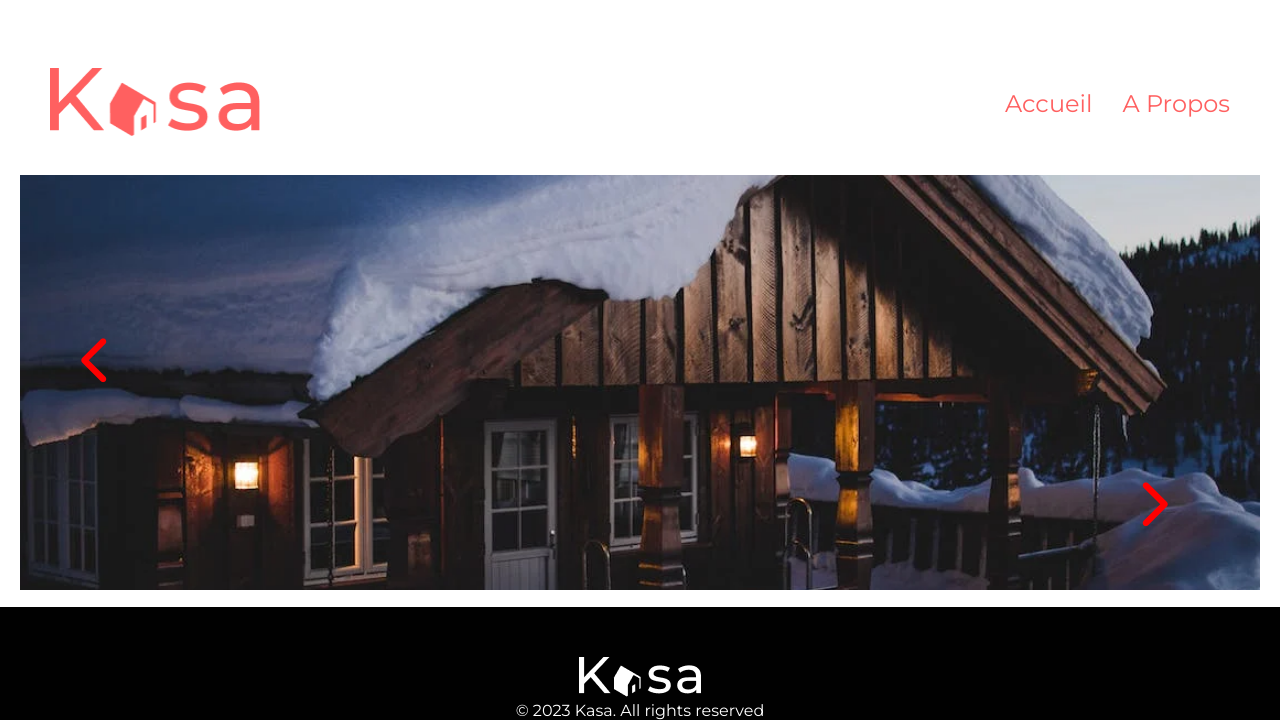
Repository: Ascaris29/Kasa_oc
Page: /essai (app in kasa_project/)
The author's editor kept a copy of each file at every save. The page is drawn from the files as they stood at one save, then again after the next save.
The browser window is 1280 px wide. The pictures show the whole page.
Some web libraries are served in a nearby version. The project was rebuilt for these pictures with package versions that can differ from the ones it lists, and the page was loaded fresh each time. Also part of the build but not shown: kasa_project/src/pages/homepage/Homepage.module.scss, kasa_project/src/pages/homepage/components/CardLogement.module.scss, kasa_project/src/pages/homepage/components/CardLogement.js, kasa_project/src/pages/homepage/Homepage.js, kasa_project/src/pages/404/404.module.scss, kasa_project/src/pages/404/404.js, kasa_project/src/pages/a_propos/APropos.module.scss, kasa_project/src/pages/a_propos/components/CardDescription.module.scss and 6 more.

Above is the page before, as saved 2023-03-16 16:07:24.

### kasa_project/public/index.html
<!DOCTYPE html>
<html lang="fr">
  <head>
    <meta charset="utf-8" />
    <link rel="icon" href="%PUBLIC_URL%/favicon.ico" />
    <meta name="viewport" content="width=device-width, initial-scale=1" />
    <meta name="theme-color" content="#000000" />
    <meta
      name="description"
      content="Web site created using create-react-app"
    />
    <link rel="apple-touch-icon" href="%PUBLIC_URL%/logo192.png" />
    <!--
      manifest.json provides metadata used when your web app is installed on a
      user's mobile device or desktop. See https://developers.google.com/web/fundamentals/web-app-manifest/
    -->

    <!----------------------------------------------------------- Fonts ----------------------------------------------------------------------->
    <link rel="preconnect" href="https://fonts.googleapis.com">
    <link rel="preconnect" href="https://fonts.gstatic.com" crossorigin>
    <link href="https://fonts.googleapis.com/css2?family=Montserrat:wght@400;500;600&family=Roboto&display=swap" rel="stylesheet">
    <!----------------------------------------------------------- Icons ----------------------------------------------------------------------->
    <script src="https://kit.fontawesome.com/e65359aae8.js" crossorigin="anonymous"></script>
    <!--
      Notice the use of %PUBLIC_URL% in the tags above.
      It will be replaced with the URL of the `public` folder during the build.
      Only files inside the `public` folder can be referenced from the HTML.

      Unlike "/favicon.ico" or "favicon.ico", "%PUBLIC_URL%/favicon.ico" will
      work correctly both with client-side routing and a non-root public URL.
      Learn how to configure a non-root public URL by running `npm run build`.
    -->
    <title>Kasa</title>
  </head>
  <body>
    <noscript>You need to enable JavaScript to run this app.</noscript>
    <div id="root"></div>
    <!--
      This HTML file is a template.
      If you open it directly in the browser, you will see an empty page.

      You can add webfonts, meta tags, or analytics to this file.
      The build step will place the bundled scripts into the <body> tag.

      To begin the development, run `npm start` or `yarn start`.
      To create a production bundle, use `npm run build` or `yarn build`.
    -->
  </body>
</html>

### kasa_project/src/index.js
import React from 'react';
import ReactDOM from 'react-dom/client';
import App from './App';
import reportWebVitals from './reportWebVitals';
import './assets/styles/index.scss';
import { RouterProvider } from 'react-router-dom';
import { router } from "./router";

const root = ReactDOM.createRoot(document.getElementById('root'));
root.render(
  <React.StrictMode>
    <RouterProvider router={router} />
  </React.StrictMode>
);

// If you want to start measuring performance in your app, pass a function
// to log results (for example: reportWebVitals(console.log))
// or send to an analytics endpoint. Learn more: https://bit.ly/CRA-vitals
reportWebVitals();

### kasa_project/src/App.js
import Header from "./components/header/Header";
import Footer from "./components/footer/Footer";
import style from "./App.module.scss";
import Homepage from "./pages/homepage/Homepage";
import { Outlet } from "react-router-dom";

function App() {
  return (
      <div className={`${style.app} d-flex flex-column`}>
        <Header />
          <Outlet />
        <Footer />
      </div>
  );
}

export default App;

### kasa_project/src/assets/styles/index.scss
@use './base';
@use './flex';
@use './mixins';
@use './utils';
@use './variables';

### kasa_project/src/router.js
import { createBrowserRouter } from 'react-router-dom';
import App from './App';
import Error404 from './pages/404/404';
import APropos from './pages/a_propos/APropos';
import Homepage from './pages/homepage/Homepage';
import Caroussel from './pages/logement/components/caroussel/Caroussel';
import FicheLogement from './pages/logement/FicheLogement';


export const router = createBrowserRouter([
    {
        path : "/",
        element : <App />,
        errorElement: <Error404 />,
        children : [
            {
                path : "/",
                element : <Homepage />
            } ,
            {
                path : "/homepage",
                element : <Homepage />
            },
            {
                path: "/apropos",
                element : <APropos />
            },
            {
                path: "/logement/:id",
                element : <FicheLogement />
            },
            {
                path: "/essai",
                element: <Caroussel />
            }
        ],
    }
])

### kasa_project/src/components/header/Header.js
import image from "../../assets/images/logo_header.png";
import style from "./Header.module.scss";
import { Link, NavLink } from "react-router-dom";

export default function Header(){
    return (
        <header className={`${style.header} d-flex justify-between align-center`}>
            <Link className={`${style.headerIcon}`} to="/homepage">
                <img src={image} alt="logo du site Kasa representant une maison"/>
            </Link>
            <div className={`${style.headerNav}`}>
                <ul className="d-flex">
                    <NavLink
                    className={`${style.headerItems} m-r-30`}
                    to="/homepage"
                    end
                    >
                    Accueil
                    </NavLink>
                    <NavLink
                    className={`${style.headerItems}`}
                    to="/apropos"
                    >
                    A Propos
                    </NavLink>
                </ul>
            </div>
        </header>
    )
}

### kasa_project/src/components/footer/Footer.js
import style from "./Footer.module.scss";
import image from "../../assets/images/logo_footer.png";

export default function Footer(){
    return (
        <footer className={`${style.footer} d-flex p-t-50 flex-column justify-center align-center`}>
            <div className={`${style.footerLogo} `}>
                <img src={image} alt="" />
            </div>
            <div className="footerText">
                <p>© 2023 Kasa. All rights reserved</p>
            </div>
        </footer>
    )
}

### kasa_project/src/App.module.scss
.app{
    min-height:100vh;
}

### kasa_project/src/assets/styles/_base.scss

*{
    box-sizing: border-box;
}

body{
    margin:0;
    padding:0;
    font-family: var(--montserrat);

}

p{
    margin:0;
}

li{
    list-style-type: none;

}

.link{
    color:var(--primary);
    font-size:18px;
}

.active{
    text-decoration:underline;
}

### kasa_project/src/assets/styles/_flex.scss
.d-flex{
    display: flex;
}

.flex-column{
    flex-direction : column;
}

.flex-row{
    flex-direction: row;
}

.justify-center{
    justify-content: center;
}

.align-center{
    align-items: center;
}

.flex-fill{
    flex : 1 1 auto;
}

.justify-between{
    justify-content: space-between;
}

### kasa_project/src/assets/styles/_mixins.scss
@mixin xs{
    @media (max-width:576px){
        @content;
    }
}

@mixin sm{
    @media (min-width : 577px) and (max-width : 768px){
        @content;
    }
}

@mixin sm-lt{
    @media (max-width : 768px){
        @content;
    }
}

@mixin md{
    @media (min-width : 769px) and (max-width : 992px){
        @content;
    }
}

@mixin md-lt{
    @media (max-width : 992px){
        @content;
    }
}

@mixin lg{
    @media (min-width : 993px) and (max-width : 1200px){
        @content;
    }
}

@mixin lg-lt{
    @media (max-width : 1200px){
        @content;
    }
}

@mixin xl{
    @media (min-width : 1201px){
        @content;
    }
}

### kasa_project/src/assets/styles/_utils.scss
/*------------------------------------ General ------------------------------*/
.container{
    max-width:1200px;
    margin: auto;
    width:100%;
}
.card{

}
.calc{
    position:fixed;
    top:0;
    left:0;
    width:100%;
    height:100vh;
}

/*------------------------------------ Padding ------------------------------*/
.p-5{
    padding: 5px;
}
.p-10{
    padding:10px;
}
.p-20{
   padding:20px;
}
.p-30{
    padding:30px;
}
.p-40{
    padding:40px;
}
.p-50{
    padding:50px;
}

.p-b-5{
   padding-bottom: 5px;
}
.p-b-10{
   padding-bottom: 10px;
}
.p-b-20{
    padding-bottom: 20px;
}
.p-b-30{
    padding-bottom: 30px;
}
.p-b-40{
    padding-bottom: 40px;
}
.p-b-50{
    padding-bottom: 50px;
}


.p-t-5{
    padding-top: 5px;
}
.p-t-10{
    padding-top: 10px;
}
.p-t-20{
     padding-top: 20px;
}
.p-t-30{
     padding-top: 30px;
}
.p-t-40{
    padding-top: 40px;
}
.p-t-50{
    padding-top: 50px;
}


.p-l-5{
    padding-left: 5px;
}
.p-l-10{
    padding-left: 10px;
}
.p-l-20{
     padding-left: 20px;
}
.p-l-30{
     padding-left: 30px;
}
.p-l-40{
    padding-left: 40px;
}
.p-l-50{
    padding-left: 50px;
}



.p-r-5{
    padding-right: 5px;
}
.p-r-10{
    padding-right: 10px;
}
.p-r-20{
     padding-right: 20px;
}
.p-r-30{
     padding-right: 30px;
}
.p-r-40{
    padding-right: 40px;
}
.p-r-50{
    padding-right: 50px;
}


/*------------------------------------------------ Margin -------------------------------------------*/

.m-auto{
    margin:auto;
}
.m-5{
    margin: 5px;
}
.m-10{
    margin:10px;
}
.m-20{
   margin:20px;
}
.m-30{
    margin:30px;
}
.m-40{
    margin:40px;
}
.m-50{
    margin:50px;
}



.m-b-5{
    margin-bottom: 5px;
}
.m-b-10{
    margin-bottom: 10px;
}
.m-b-20{
    margin-bottom: 20px;
}
.m-b-30{
    margin-bottom: 30px;
}
.m-b-40{
    margin-bottom: 40px;
}
.m-b-50{
    margin-bottom: 50px;
}



.m-t-5{
    margin-top: 5px;
}
.m-t-10{
    margin-top: 10px;
}
.m-t-20{
     margin-top: 20px;
}
.m-t-30{
     margin-top: 30px;
}
.m-t-40{
    margin-top: 40px;
}
.m-t-50{
    margin-top: 50px;
}




.m-l-5{
    margin-left: 5px;
}
.m-l-10{
    margin-left: 10px;
}
.m-l-20{
     margin-left: 20px;
}
.m-l-30{
     margin-left: 30px;
}
.m-l-40{
    margin-left: 40px;
}
.m-l-50{
    margin-left: 50px;
}




.m-r-5{
    margin-right: 5px;
}
.m-r-10{
    margin-right: 10px;
}
.m-r-20{
     margin-right: 20px;
}
.m-r-30{
     margin-right: 30px;
}
.m-r-40{
    margin-right: 40px;
}
.m-r-50{
    margin-right: 50px;
}

### kasa_project/src/assets/styles/_variables.scss

/*----------------------------------------------------------------------------Color-----------------------------------------------------------------*/

:root{
    --primary: #FF6060;
    --grey1:#F6F6F6;
    --grey2: #E3E3E3;
    --grey3:#C4C4C4;
    --black: #010101;
    /*----------------------------------------------------------------------------Font-----------------------------------------------------------------*/
    --montserrat : 'Montserrat', sans-serif;
    --radius:25px;
}

### kasa_project/src/pages/logement/components/caroussel/Caroussel.js
import { useState } from "react";
import style from "./Caroussel.module.scss";

import img1 from "../../../../assets/images/pexels-photo-950058.webp";
import img2 from "../../../../assets/images/pexels-photo-1013427.jpeg";
import img3 from "../../../../assets/images/pexels-photo-1612351.jpeg";

export default function Caroussel(){

    //importer les images de l'api
    const arrayImage = [
        img1,
        img2,
        img3
    ];

    const [index, setIndex] = useState(0);

    //console.log(arrayImage);
    function handleClickCarousselPrev(){
        if(index > 0 && index < arrayImage.length){
            let i = index - 1;
            setIndex(i);
        }else{
            setIndex(arrayImage.length -1);
        }
    }

    function handleClickCarousselAfter(){
        if(index < arrayImage.length){
            let i = index + 1;
            setIndex(i);
        };
    }

    //a voir avec julien
    if(index === arrayImage.length){
        setIndex(0)
    }

    return (
        <div className={`${style.caroussel}`}>
            { arrayImage.map((item, i) =>
                i === index && ( <img src={item} alt="" className={`${style.carousselImage}`}/> )
            )}
            <i className={`${style.chevronLeft} fa-solid fa-chevron-left`} onClick={handleClickCarousselPrev}></i>
            <i className={`${style.chevronRight} fa-solid fa-chevron-right`} onClick={handleClickCarousselAfter}></i>
        </div>
    )



}

### kasa_project/src/components/header/Header.module.scss
@use "../../assets/styles/mixins" as mixin;

.header{
    max-width:1240px;
    margin:auto;
    width:100%;
    padding:50px 30px 0 30px;
    .headerIcon{
        img{
            width:210px;
            height:68px;
            @include mixin.sm-lt{
                width:145px;
                height:47px;
            }
            @include mixin.xs{
                width:99px;
                height:35px;
            }
        }
    }

}
/*sorti de la classe header car sinon je ne peux pas mettre de classe active dessus*/
.headerItems{
    color:var(--primary);
    text-decoration:none;
    cursor:pointer;
    font-size:24px;
    @include mixin.sm-lt{
        font-size:20px;
    }
    @include mixin.xs{
        font-size:15px;
    }
}

### kasa_project/src/components/footer/Footer.module.scss
.footer{
    background-color:var(--black);
    color:white;
    .footerLogo{
        img{
            width:122px;
            height:40px;
        }
    }
}

### kasa_project/src/pages/logement/components/caroussel/Caroussel.module.scss
.caroussel{
    max-width:1240px;
    margin:auto;
    width:100%;
    height:415px;
    .carousselImage{
        width:100%;
        height:100%;
        object-fit:cover;
        position:relative;
        display:block;
    }
    .chevronRight{
        position:absolute;
        top:70%;
        left:90%;
        font-size:50px;
        color:red;
        transform:translate(-50%, -50%);
    }
    .chevronLeft{
        position:absolute;
        top:50%;
        right:90%;
        font-size:50px;
        color:red;
        transform:translate(-50%, -50%);
    }
}

Loaded but not shown: kasa_project/src/reportWebVitals.js (common file)

After the next save:
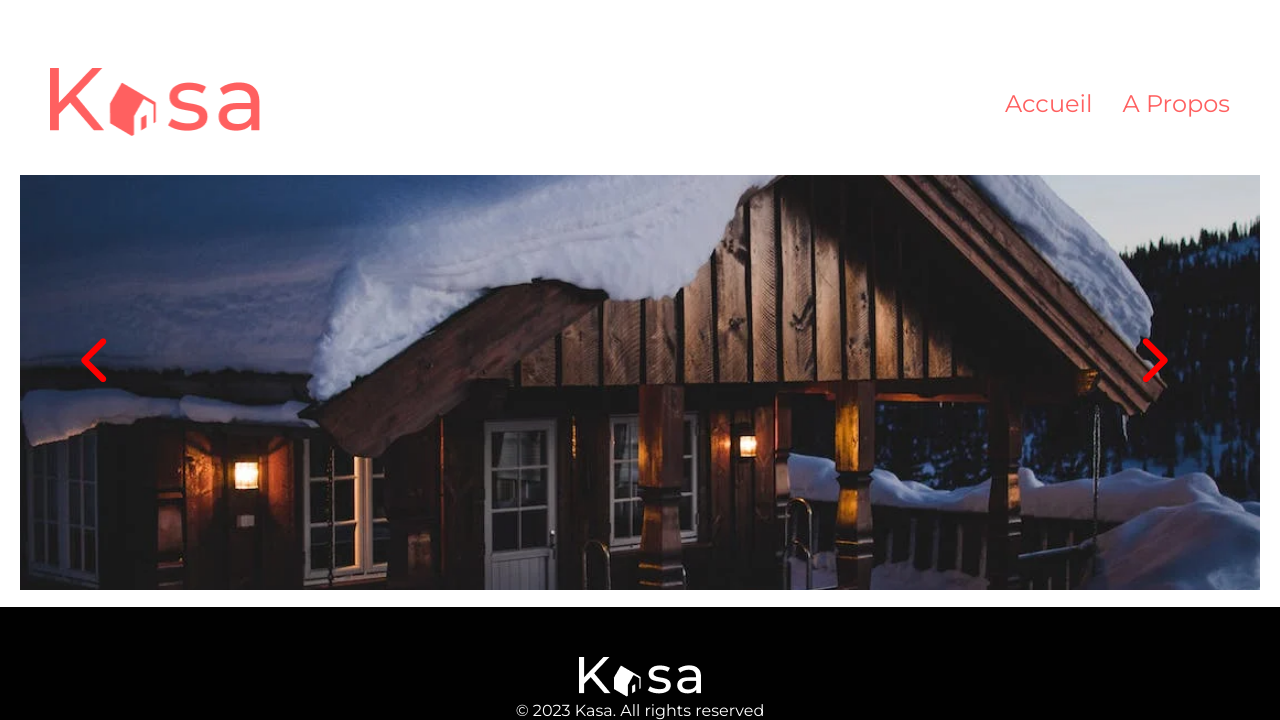
Saved 5 s later.
--- a/kasa_project/src/pages/logement/components/caroussel/Caroussel.module.scss
+++ b/kasa_project/src/pages/logement/components/caroussel/Caroussel.module.scss
@@ -12,7 +12,7 @@
     }
     .chevronRight{
         position:absolute;
-        top:70%;
+        top:50%;
         left:90%;
         font-size:50px;
         color:red;
